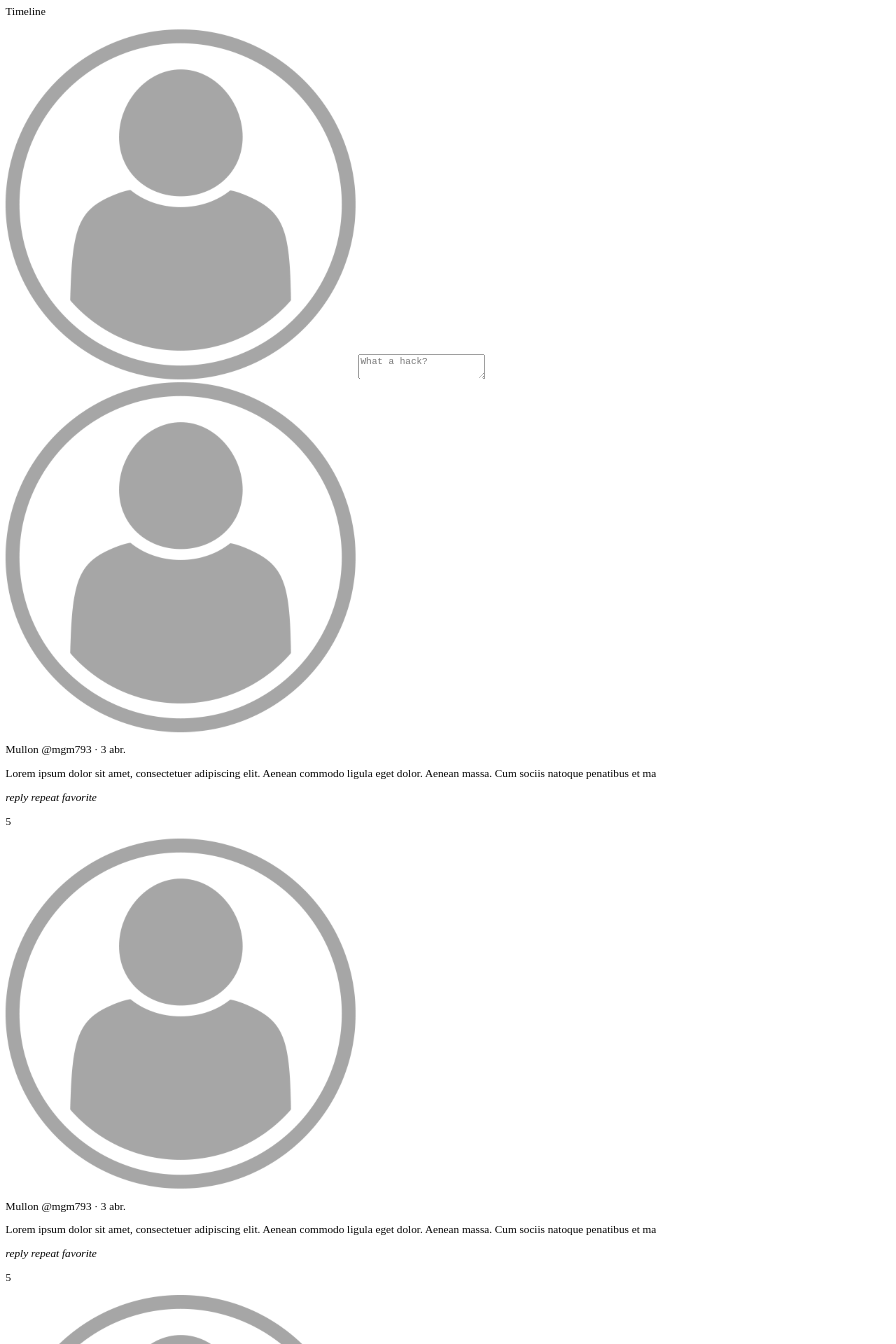
Repository: mgm793/EPAW
Page: http://localhost/Twitter/Time.jsp
An editor plug-in stored every save of this project. The page is shown before and after the next save, followed by the edit.
The browser window is 1280 px wide. The pictures show the part of the page from y = 0 to 1920 px (the page is 5762 px tall before and 5728 px after), at 70% of full size.
The page is served by Tomcat 9. Other server files are loaded and not shown.

Above is the page before, as saved 2017-05-26 17:17:36.

### Twitter/WebContent/Time.jsp
<div class="bodyLeft">

</div>
<div class="bodyCenter">
	<p class="type"> Timeline </p>
	<div class="input">
		<img src="imgs/logo_user.png" alt="img">
		<textarea id="inputTweet" maxlength="140" placeholder="What a hack?"></textarea>
	</div>
	<div class="tweets">
		<div class="tweet">
			<img src="imgs/logo_user.png" alt="img">
			<p class="header">
				<span class="bold">Mullon</span>
				<span class="grey">@mgm793</span>
				<span class="grey"> · </span>
				<span class="grey">3 abr.</span>
			</p>
			<p class="bodytweet">
				Lorem ipsum dolor sit amet, consectetuer adipiscing elit. Aenean commodo ligula eget dolor. Aenean massa. Cum sociis natoque penatibus et ma
			</p>
			<div class="options">
				<i class="material-icons" id="reply">reply</i>
				<i class="material-icons" id="retuit">repeat</i>
				<i class="material-icons" id="fav">favorite</i><p id="numFav">5</p>
			</div>
		</div>
		<div class="tweet">
			<img src="imgs/logo_user.png" alt="img">
			<p class="header">
				<span class="bold">Mullon</span>
				<span class="grey">@mgm793</span>
				<span class="grey"> · </span>
				<span class="grey">3 abr.</span>
			</p>
			<p class="bodytweet">
				Lorem ipsum dolor sit amet, consectetuer adipiscing elit. Aenean commodo ligula eget dolor. Aenean massa. Cum sociis natoque penatibus et ma
			</p>
			<div class="options">
				<i class="material-icons" id="reply">reply</i>
				<i class="material-icons" id="retuit">repeat</i>
				<i class="material-icons" id="fav">favorite</i><p id="numFav">5</p>
			</div>
		</div>
		<div class="tweet">
			<img src="imgs/logo_user.png" alt="img">
			<p class="header">
				<span class="bold">Mullon</span>
				<span class="grey">@mgm793</span>
				<span class="grey"> · </span>
				<span class="grey">3 abr.</span>
			</p>
			<p class="bodytweet">
				Lorem ipsum dolor sit amet, consectetuer adipiscing elit. Aenean commodo ligula eget dolor. Aenean massa. Cum sociis natoque penatibus et ma
			</p>
			<div class="options">
				<i class="material-icons" id="reply">reply</i>
				<i class="material-icons" id="retuit">repeat</i>
				<i class="material-icons" id="fav">favorite</i><p id="numFav">5</p>
			</div>
		</div>
		<div class="tweet">
			<img src="imgs/logo_user.png" alt="img">
			<p class="header">
				<span class="bold">Mullon</span>
				<span class="grey">@mgm793</span>
				<span class="grey"> · </span>
				<span class="grey">3 abr.</span>
			</p>
			<p class="bodytweet">
				Lorem ipsum dolor sit amet, consectetuer adipiscing elit. Aenean commodo ligula eget dolor. Aenean massa. Cum sociis natoque penatibus et ma
			</p>
			<div class="options">
				<i class="material-icons" id="reply">reply</i>
				<i class="material-icons" id="retuit">repeat</i>
				<i class="material-icons" id="fav">favorite</i><p id="numFav">5</p>
			</div>
		</div>
		<div class="tweet">
			<img src="imgs/logo_user.png" alt="img">
			<p class="header">
				<span class="bold">Mullon</span>
				<span class="grey">@mgm793</span>
				<span class="grey"> · </span>
				<span class="grey">3 abr.</span>
			</p>
			<p class="bodytweet">
				Lorem ipsum dolor sit amet, consectetuer adipiscing elit. Aenean commodo ligula eget dolor. Aenean massa. Cum sociis natoque penatibus et ma
			</p>
			<div class="options">
				<i class="material-icons" id="reply">reply</i>
				<i class="material-icons" id="retuit">repeat</i>
				<i class="material-icons" id="fav">favorite</i><p id="numFav">5</p>
			</div>
		</div>
		<div class="tweet">
			<img src="imgs/logo_user.png" alt="img">
			<p class="header">
				<span class="bold">Mullon</span>
				<span class="grey">@mgm793</span>
				<span class="grey"> · </span>
				<span class="grey">3 abr.</span>
			</p>
			<p class="bodytweet">
				Lorem ipsum dolor sit amet, consectetuer adipiscing elit. Aenean commodo ligula eget dolor. Aenean massa. Cum sociis natoque penatibus et ma
			</p>
			<div class="options">
				<i class="material-icons" id="reply">reply</i>
				<i class="material-icons" id="retuit">repeat</i>
				<i class="material-icons" id="fav">favorite</i><p id="numFav">5</p>
			</div>
		</div>
		<div class="tweet">
			<img src="imgs/logo_user.png" alt="img">
			<p class="header">
				<span class="bold">Mullon</span>
				<span class="grey">@mgm793</span>
				<span class="grey"> · </span>
				<span class="grey">3 abr.</span>
			</p>
			<p class="bodytweet">
				Lorem ipsum dolor sit amet, consectetuer adipiscing elit. Aenean commodo ligula eget dolor. Aenean massa. Cum sociis natoque penatibus et ma
			</p>
			<div class="options">
				<i class="material-icons" id="reply">reply</i>
				<i class="material-icons" id="retuit">repeat</i>
				<i class="material-icons" id="fav">favorite</i><p id="numFav">5</p>
			</div>
		</div>
		<div class="tweet">
			<img src="imgs/logo_user.png" alt="img">
			<p class="header">
				<span class="bold">Mullon</span>
				<span class="grey">@mgm793</span>
				<span class="grey"> · </span>
				<span class="grey">3 abr.</span>
			</p>
			<p class="bodytweet">
				Lorem ipsum dolor sit amet, consectetuer adipiscing elit. Aenean commodo ligula eget dolor. Aenean massa. Cum sociis natoque penatibus et ma
			</p>
			<div class="options">
				<i class="material-icons" id="reply">reply</i>
				<i class="material-icons" id="retuit">repeat</i>
				<i class="material-icons" id="fav">favorite</i><p id="numFav">5</p>
			</div>
		</div>

	</div>
</div>
<div class="bodyRight">

</div>

After the next save:
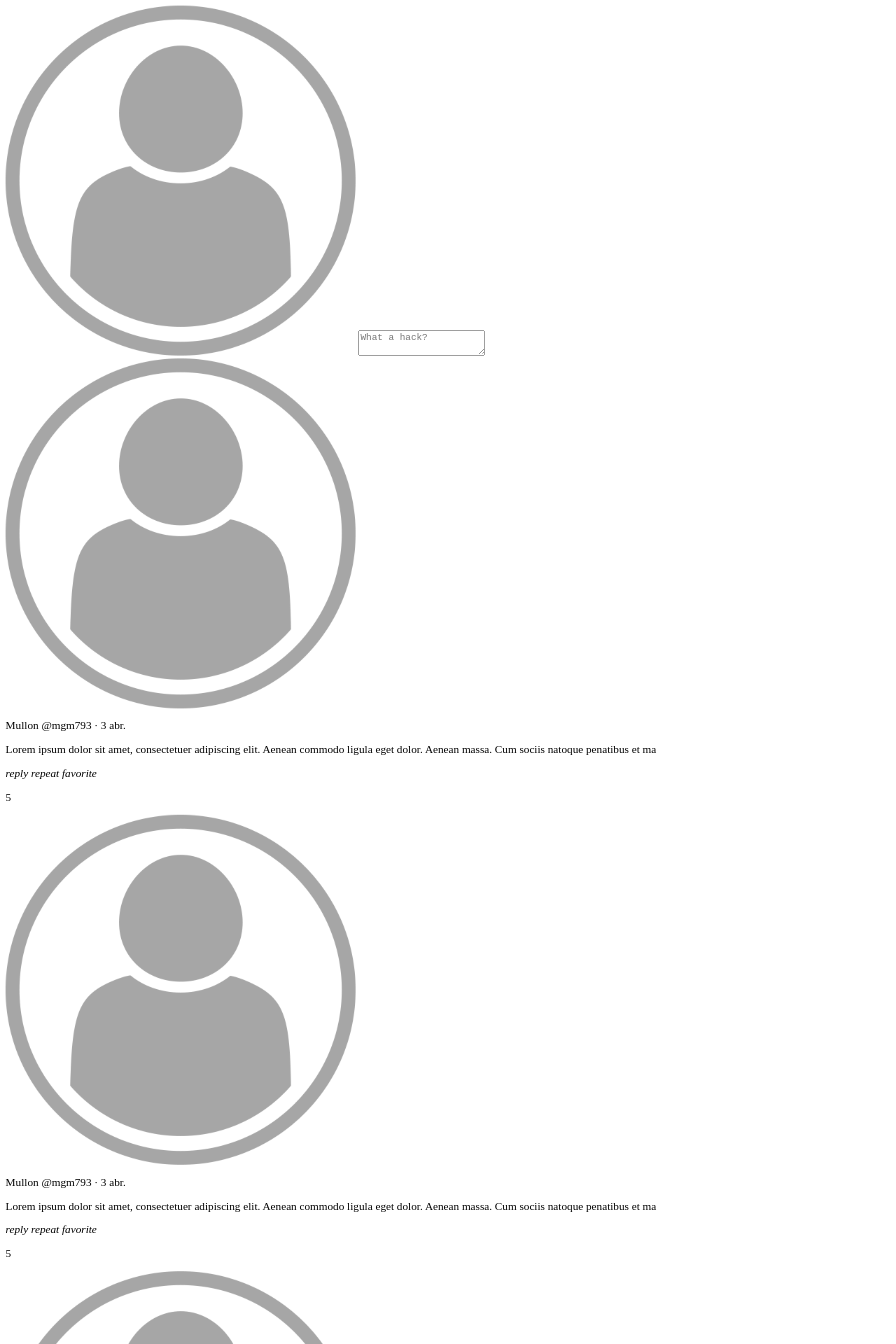
Saved 10 min 40 s later.
--- a/Twitter/WebContent/Time.jsp
+++ b/Twitter/WebContent/Time.jsp
@@ -2,7 +2,7 @@
 
 </div>
 <div class="bodyCenter">
-	<p class="type"> Timeline </p>
+	<p class="type" style="display: none"> Timeline </p>
 	<div class="input">
 		<img src="imgs/logo_user.png" alt="img">
 		<textarea id="inputTweet" maxlength="140" placeholder="What a hack?"></textarea>
